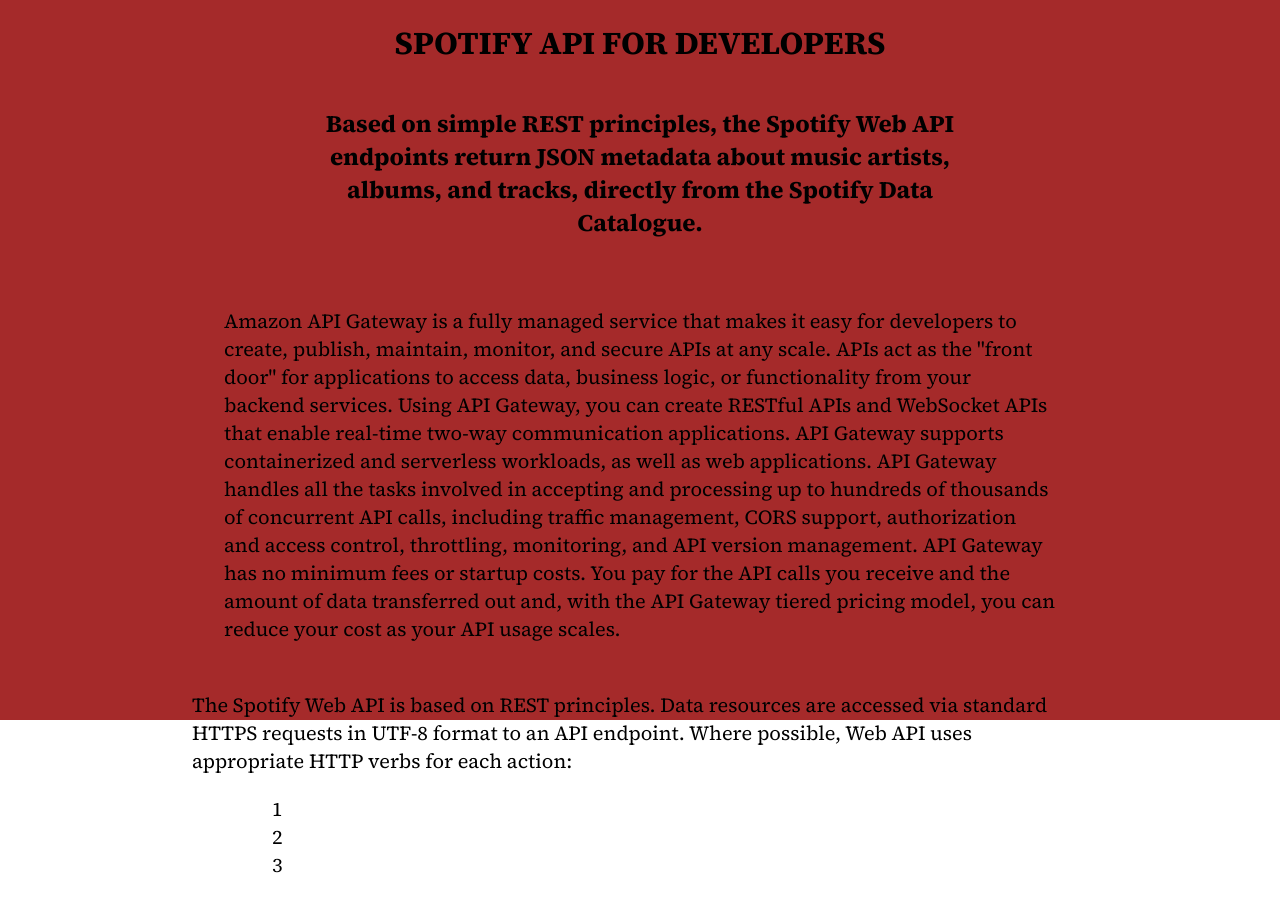
Repository: eliasihai/dizza-html-project
Page: index.html
These files come from the project's save history. The page is drawn as it stood at one moment and after the next save; the edit follows.
The browser window is 1280 px wide. The pictures show the whole page.

Above is the page before, as saved 2022-01-26 00:30:13.

After the next save:
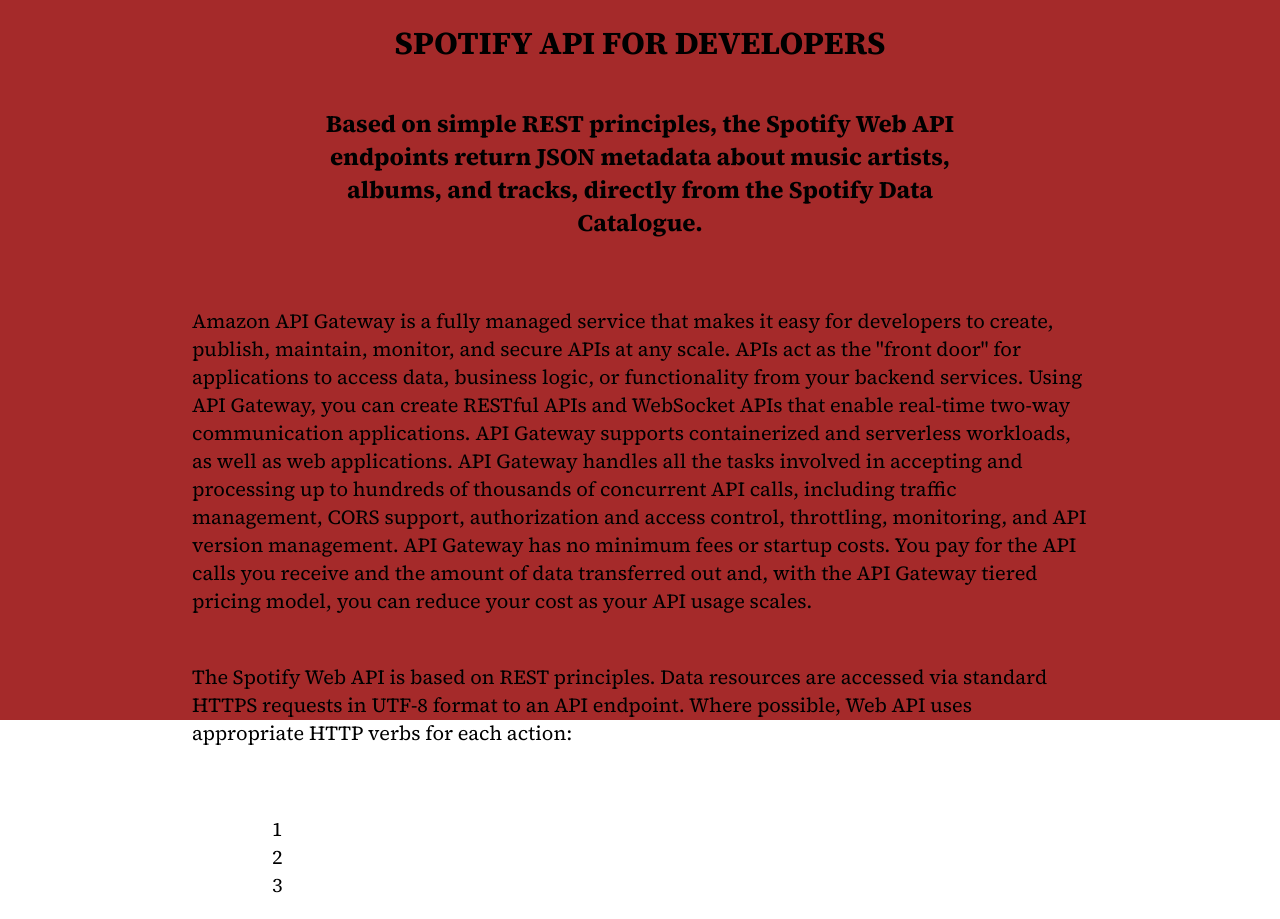
Saved 21 s later.
--- a/style.css
+++ b/style.css
@@ -25,7 +25,7 @@
 .title_style h2{
     padding: 0 10rem;
 }
-.describe_container {
+.describe_container div{
   /* display: flex; */
   margin: 3rem 2rem;
   font-size: 1.25em;
